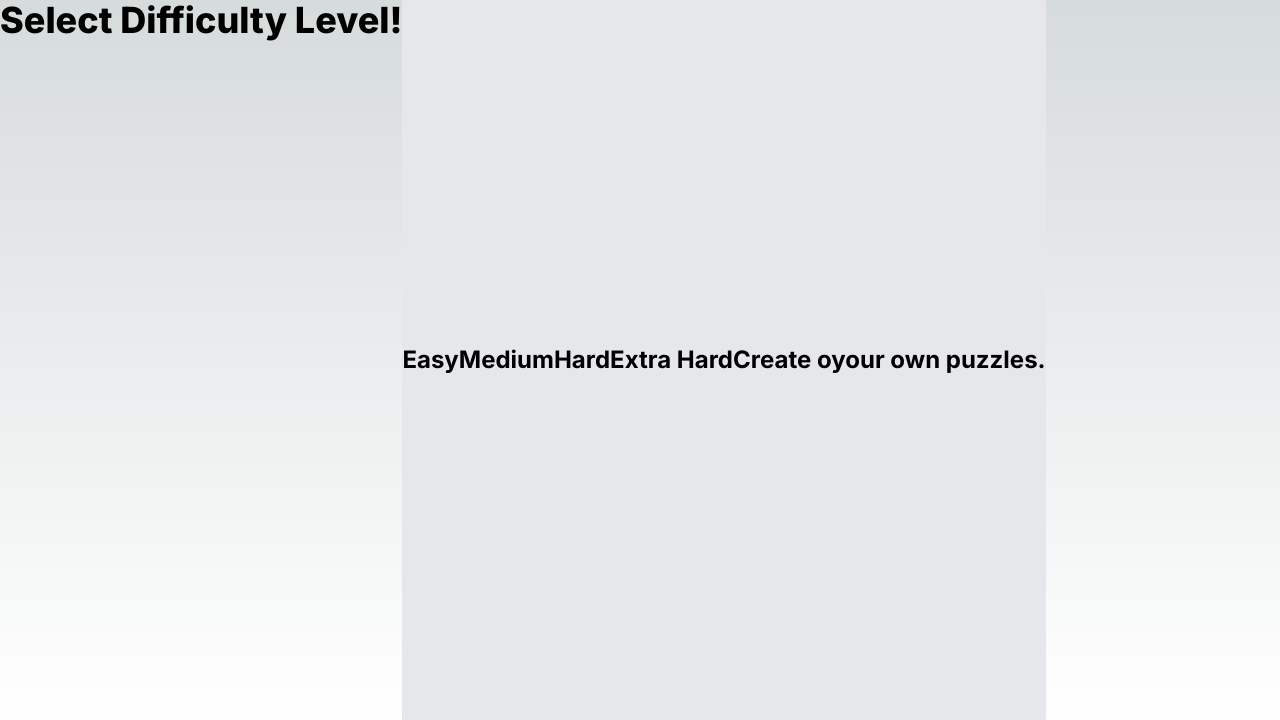
Repository: badhon252/sudoku
Page: /level
These files come from the project's save history. The page is drawn as it stood at one moment and after the next save; the edit follows.
The browser window is 1280 px wide. The pictures show the whole page.
The project was rebuilt for these pictures with package versions that can differ from the ones it lists, and the page was loaded fresh each time. The framework's server and built-in components were replaced by stand-ins that run in the browser. Also part of the build but not shown: next.config.js.

Above is the page before, as saved 2023-06-04 21:49:36.

After the next save:
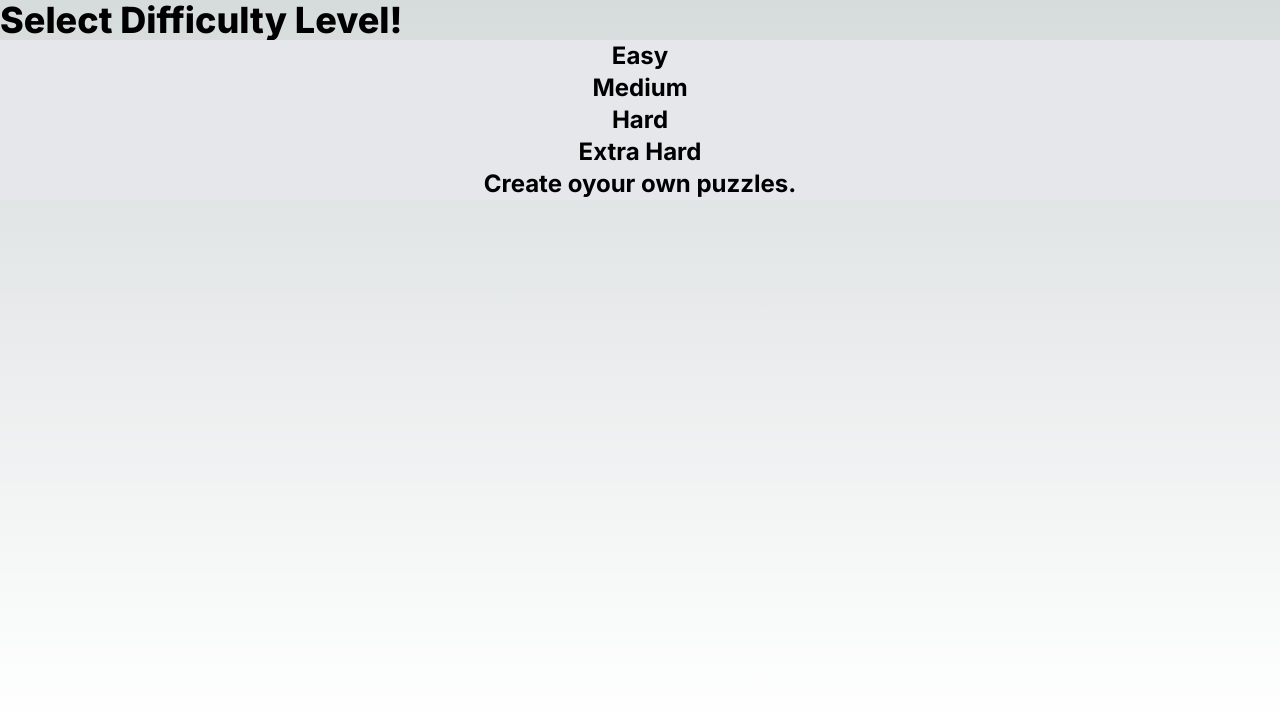
Saved 32 s later.
--- a/app/level/page.tsx
+++ b/app/level/page.tsx
@@ -2,7 +2,7 @@ import React from 'react'
 
 export default function Level() {
   return (
-    <div className='min-h-screen flex flex-row'>
+    <div className='min-h-screen flex flex-col'>
         <h1 className='text-4xl font-extrabold'>Select Difficulty Level! </h1>
         <button className='bg-gray-200 text-2xl font-bold'>Easy</button>
         <button className='bg-gray-200 text-2xl font-bold'>Medium</button>
